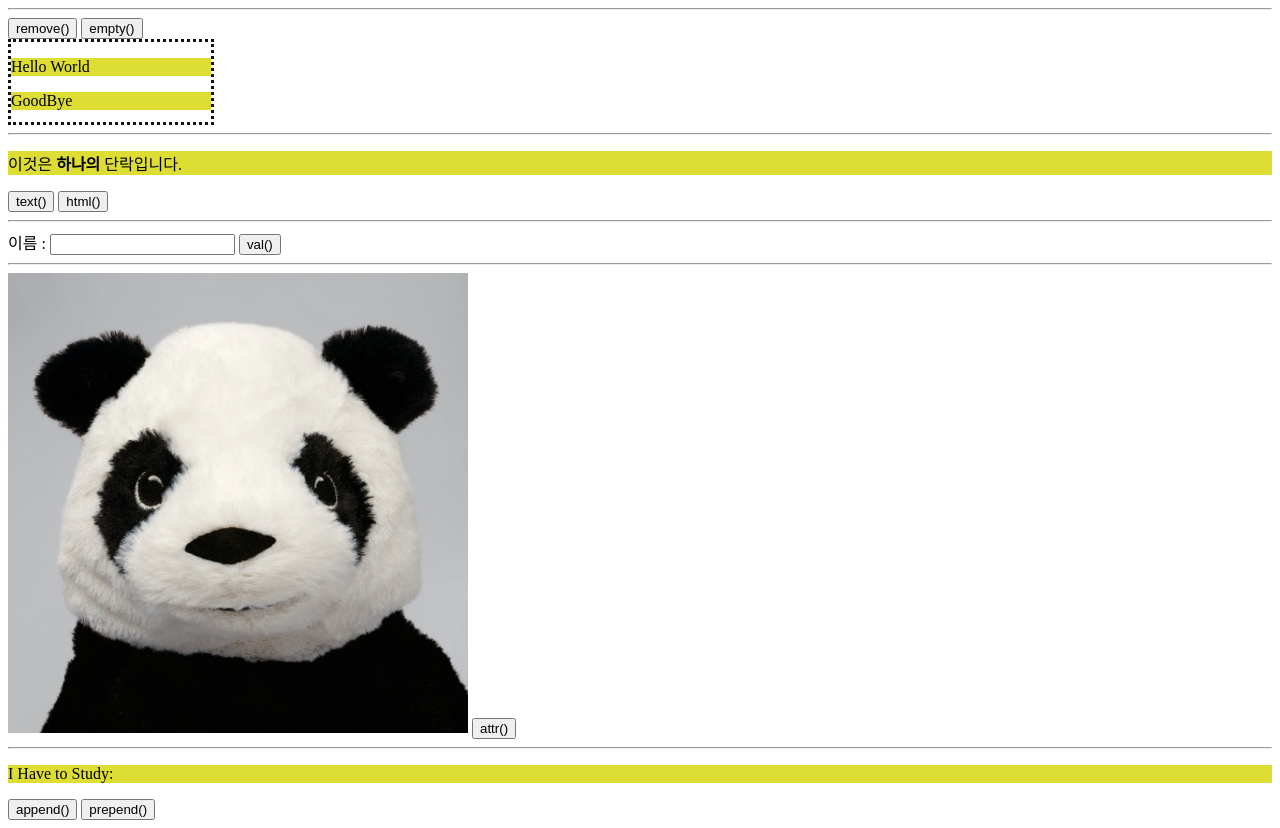
Repository: yujisu01/2021_504_java
Page: javascript_jquery/WebContent/jQuery_ex02.html
These files come from the project's save history. The page is drawn as it stood at one moment and after the next save; the edit follows.
The browser window is 1280 px wide. The pictures show the whole page.

Above is the page before, as saved 2021-04-15 05:33:41.

After the next save:
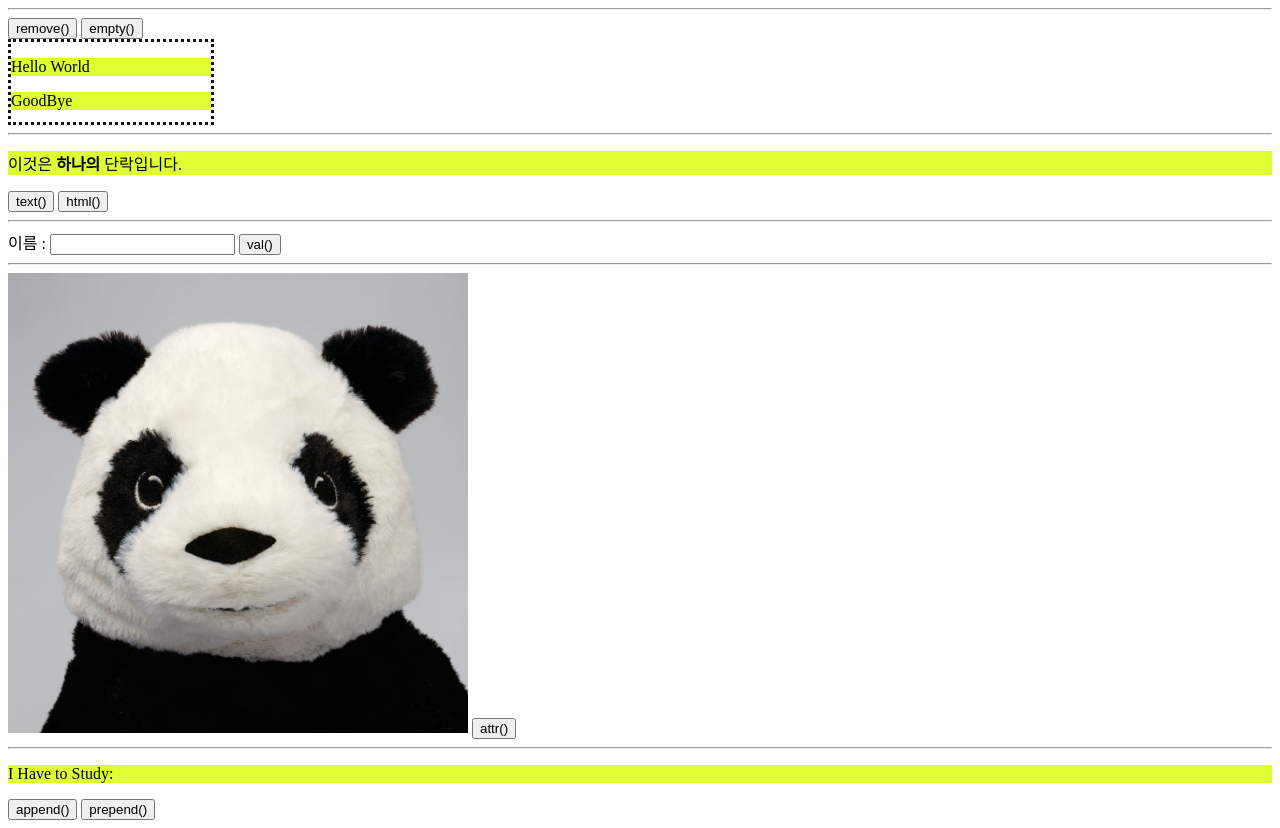
Saved 6 s later.
--- a/javascript_jquery/WebContent/jQuery_ex02.html
+++ b/javascript_jquery/WebContent/jQuery_ex02.html
@@ -5,7 +5,7 @@
 <title>Insert title here</title>
 <style type="text/css">
 	p{
-		background-color: #dddd33;
+		background-color: #dfff33;
 	}
 	.container{
 		height: 80px;
